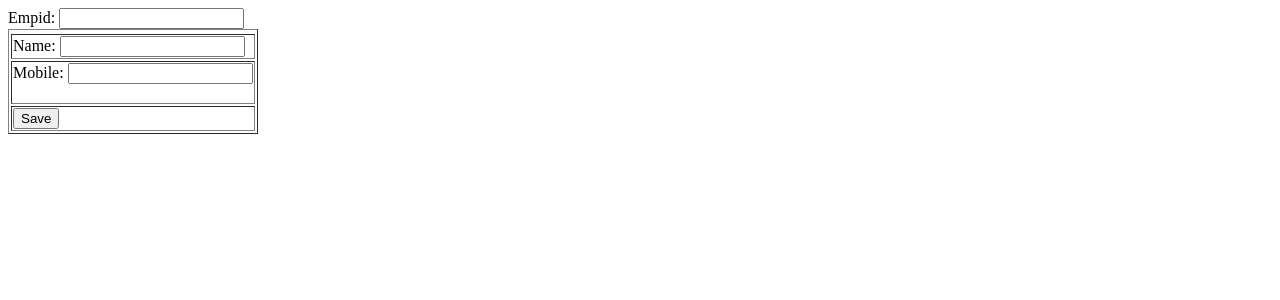
Repository: Suknaina/Repo
Page: MockServlet/src/main/webapp/Home.html
The author's editor kept a copy of each file at every save. The page is drawn from the files as they stood at one save, then again after the next save.
The browser window is 1280 px wide. The pictures show the whole page.

Above is the page before, as saved 2023-05-23 17:08:34.

After the next save:
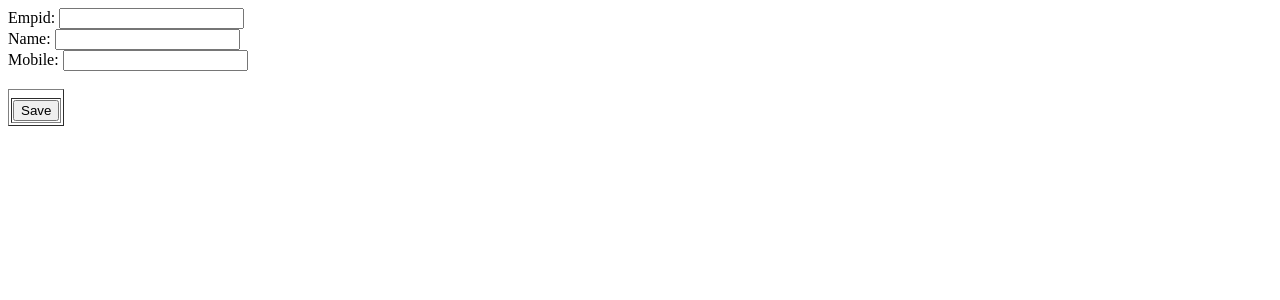
Saved 23 s later.
--- a/MockServlet/src/main/webapp/Home.html
+++ b/MockServlet/src/main/webapp/Home.html
@@ -13,13 +13,13 @@
 
 			</tr>
 			<tr>
-				<td>Name: <input type="text" name="name"><br>
-				</td>
+				Name: <input type="text" name="name"><br>
+
 			</tr>
 			<tr>
-				<td>Mobile: <input type="number" name="mobile"><br>
+				Mobile: <input type="number" name="mobile"><br>
 				<br>
-				</td>
+
 			</tr>
 			<tr>
 			<td>
